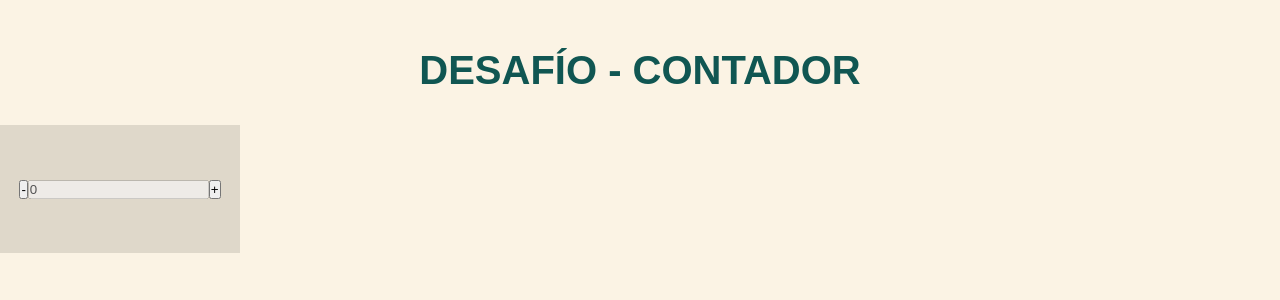
Repository: r-urchi/vue-coderhouse
Page: index.html
The author's editor kept a copy of each file at every save. The page is drawn from the files as they stood at one save, then again after the next save.
The browser window is 1280 px wide. The pictures show the whole page.
The style sheet was rebuilt from its Sass, Less or Tailwind sources for each picture, by a compiler version that may differ from the author's.

Above is the page before, as saved 2021-11-13 11:02:30.

After the next save:
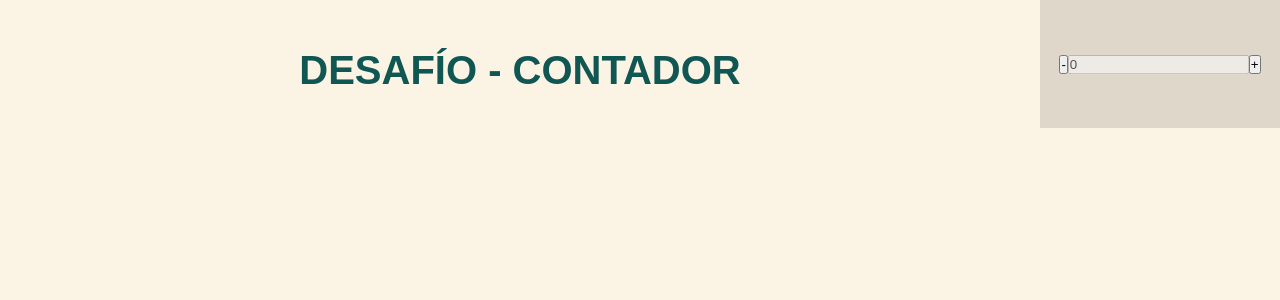
Saved 24 s later.
--- a/css/_basic.sass
+++ b/css/_basic.sass
@@ -11,3 +11,5 @@ body
 #app
     width: 100%
     height: 100%
+    display: flex
+    justify-content: center

After the 3 saves that followed:
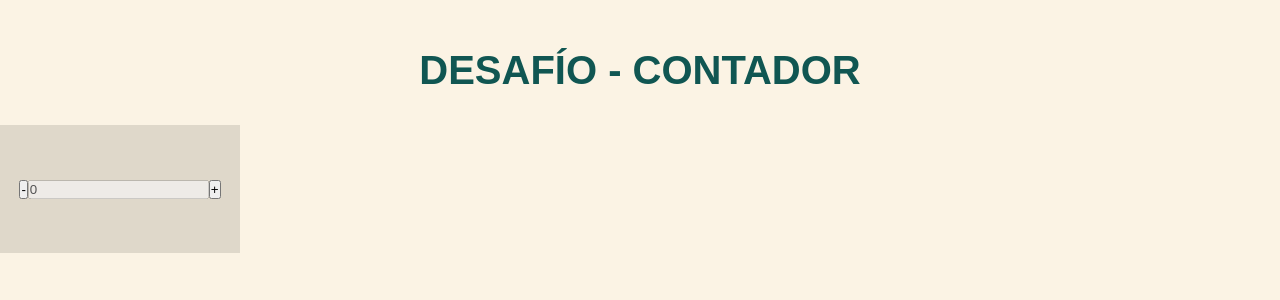
The 3 saves are shown as one change because they came seconds apart.
The last was saved 12 s later.
--- a/css/_basic.sass
+++ b/css/_basic.sass
@@ -13,3 +13,4 @@ body
     height: 100%
     display: flex
     justify-content: center
+    flex-direction: column
